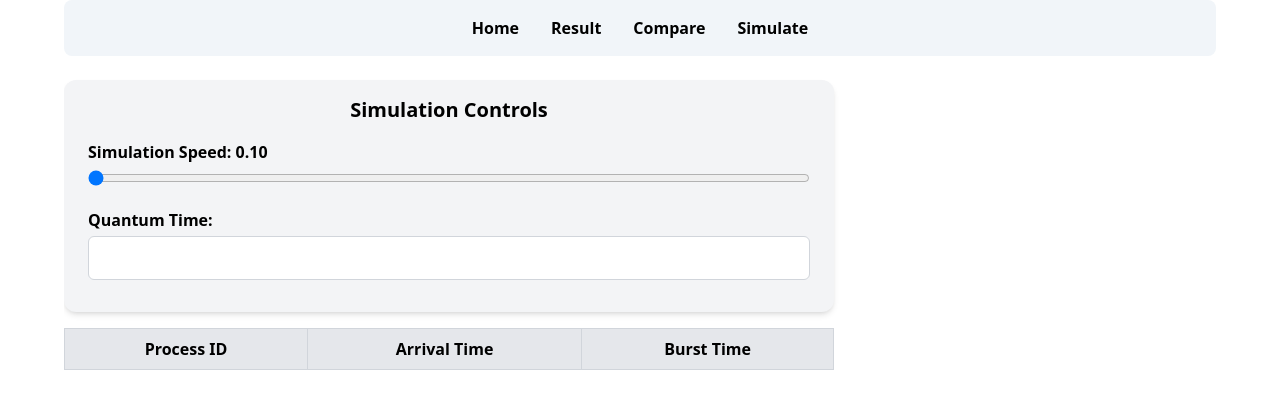
Repository: ujjwalkathait/Process_Scheduler
Page: /simulate
These files come from the project's save history. The page is drawn as it stood at one moment and after the next save; the edit follows.
The browser window is 1280 px wide. The pictures show the whole page.
The project was rebuilt for these pictures with package versions that can differ from the ones it lists, and the page was loaded fresh each time. Also part of the build but not shown: vite.config.js, src/components/CompareAlgorithmsChart.jsx, src/components/GanttChart.jsx, src/components/GanttChartTable.jsx, src/helpers/ComputeStatistics.js, src/algorithms/FCFS.js, src/algorithms/SJF.js, src/algorithms/Priority.js and 15 more.

Above is the page before, as saved 2025-05-16 08:44:19.

After the next save:
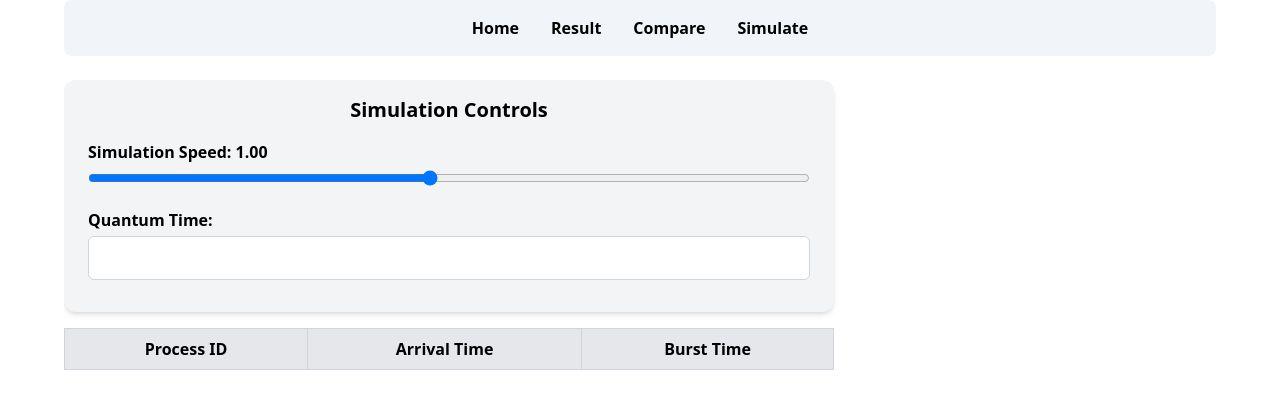
Saved 17 s later.
--- a/src/pages/Simulate.jsx
+++ b/src/pages/Simulate.jsx
@@ -8,7 +8,7 @@ export default function Simulate() {
       processes,
       selectedAlgorithm,
     } = useContext(ProcessContext);
-  const [simulationSpeed, setSimulationSpeed] = useState(0.1);
+  const [simulationSpeed, setSimulationSpeed] = useState(1.0);
   const [timeQuantum, setTimeQuantum] = useState();
 
   const handleSimulate = () => { /* start simulation logic */ };
